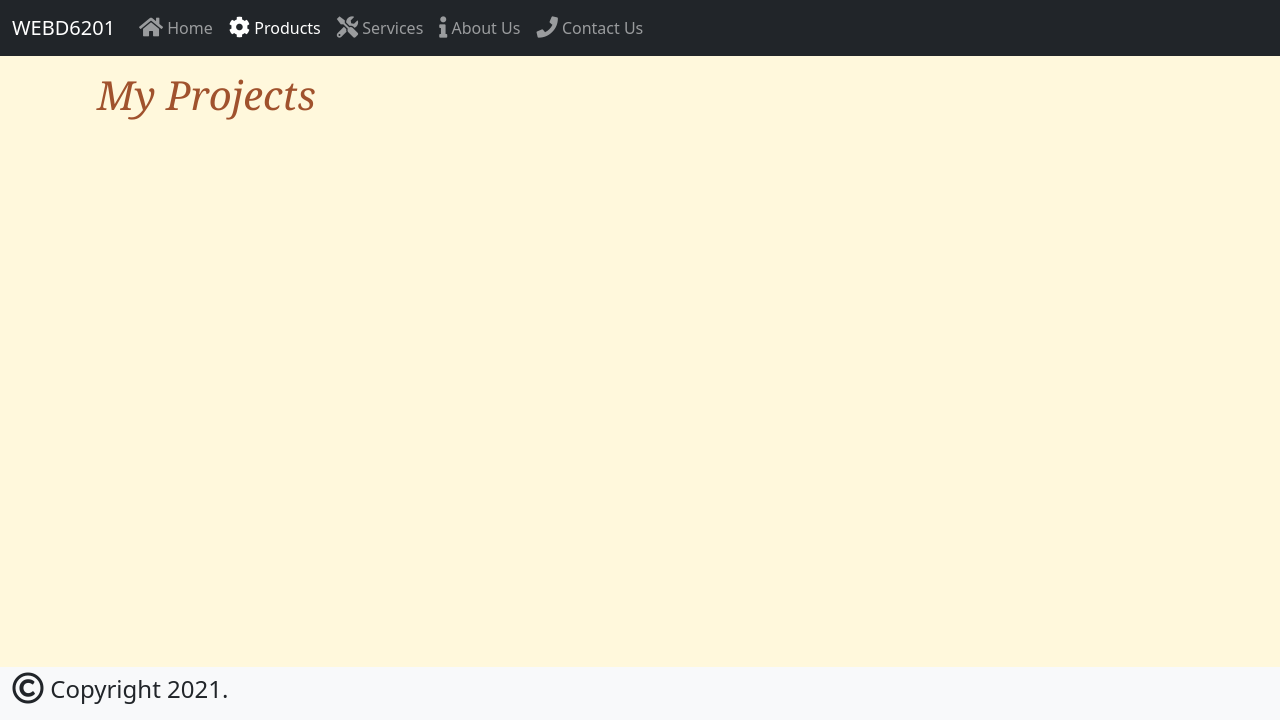
Repository: YiuWingLau/WEBD6201-W2021-Lab1
Page: projects.html
The author's editor kept a copy of each file at every save. The page is drawn from the files as they stood at one save, then again after the next save.
The browser window is 1280 px wide. The pictures show the whole page.

Above is the page before, as saved 2021-02-04 19:04:32.
Console error: SyntaxError: Identifier 'mainContent' has already been declared

### projects.html
<!DOCTYPE html>
<html lang="en">
<head>
    <meta charset="UTF-8">
    <meta name="viewport" content="width=device-width, initial-scale=1.0">
    <title>Projects</title>

    <!--CSS Section -->
    <link rel="stylesheet" href="./node_modules/bootstrap/dist/css/bootstrap.min.css">
    <link rel="stylesheet" href="./node_modules/@fortawesome//fontawesome-free/css/all.min.css">
    <link rel="stylesheet" href="./Content/app.css">
</head>
<body>
    <!-- Main Header-->
    <header>
      <!-- Main Navigation-->
      <nav class="navbar navbar-expand-lg navbar-dark bg-dark">
          <div class="container-fluid">
            <a class="navbar-brand" href="index.html">WEBD6201</a>
            <button class="navbar-toggler" type="button" data-bs-toggle="collapse" data-bs-target="#navbarSupportedContent" aria-controls="navbarSupportedContent" aria-expanded="false" aria-label="Toggle navigation">
              <span class="navbar-toggler-icon"></span>
            </button>
            <div class="collapse navbar-collapse" id="navbarSupportedContent">
              <ul class="navbar-nav me-auto mb-2 mb-lg-0">

                <li id="navBarIndex" class="nav-item">
                  <a class="nav-link" aria-current="page" href="index.html"><i class="fas fa-home fa-lg"></i> Home</a>
                </li>

                <li id="navBarProjects" class="nav-item">
                  <a class="nav-link active" aria-current="page" href="products.html"><i class="fas fa-cog fa-lg"></i> Products</a>
                </li>

                <li id="navBarServices" class="nav-item">
                  <a class="nav-link" aria-current="page" href="services.html"><i class="fas fa-tools fa-lg"></i> Services</a>
                </li>

                <li id="navBarAboutUs" class="nav-item">
                  <a class="nav-link" aria-current="page" href="about.html"><i class="fas fa-info fa-lg"></i> About Us</a>
                </li>

                <li id="navBarContactUs" class="nav-item">
                  <a class="nav-link" aria-current="page" href="contact.html"><i class="fas fa-phone fa-lg"></i> Contact Us</a>
                </li>

              </ul>
            </div>
          </div>
      </nav>
    </header>
    <!-- Main Content -->
    <main class="container">
        <h1>My Projects</h1>
    </main>

    <!-- Main Footer -->
    <footer>
        <nav class="navbar fixed-bottom navbar-light bg-light">
            <div class="container-fluid">
              <h4><i class="far fa-copyright fa-lg"></i> Copyright 2021.</a></h4>
            </div>
        </nav>
    </footer>
    <!-- JavaScript Section -->
    <script src="./node_modules/jquery/dist/jquery.min.js"></script>
    <script src="./node_modules/bootstrap/dist/js/bootstrap.bundle.min.js"></script>
    <script src="./Scripts/app.js"></script>
</body>
</html>

### Content/app.css
h1 {
    padding: 15px;
    color: sienna;
    font-family: Cambria, Cochin, Georgia, Times, 'Times New Roman', serif;
    font-style: italic;
}

p {
    padding: 15px;
    color: blue;
    font-family:Cambria, Cochin, Georgia, Times, 'Times New Roman', serif;
    font-style: italic;
    font-size: 25px;
    text-align: justify;
}

body {
    background-color: cornsilk;
}

#homePicture {
    width: 1000px;
    height: 600px;
}

### Scripts/app.js
/* custom JavaScript goes here */

//IIFE - Immediately Invoked Function Expression
//AKA - Anonymous Self-Executing Function
//Closure - limits scope leak

"use strict";

(function()
{
    function displayHome()
    {
      // create heading element
      let homeHeading = document.createElement("h1");
      // configure the element
      homeHeading.setAttribute("id", "homeHeading");
      homeHeading.textContent = "Welcome to WEBD6201";
      // select the parent element
      let mainContent = document.getElementsByTagName("main")[0];
      // Add / Insert the element
      mainContent.appendChild(homeHeading);

      // inject the background image to the home pageinject the background image to the home page
        let myhomebackground = document.createElement("img");
        myhomebackground.setAttribute("id", "homePicture");
        myhomebackground.setAttribute("src", "./images/homepagebackground.jpg");
        myhomebackground.setAttribute("alt", "Computer Programmer");
        mainContent.appendChild(myhomebackground);

        // inject the first paragraph to the home page
        let newParagraph = document.createElement("p");
        newParagraph.setAttribute("id", "paragraphTwo");
        newParagraph.textContent = "We provide the best programming service for you...";
        mainContent.appendChild(newParagraph);
    }

    function displayAbout()
    {
        //create new element Human Resources
        let myPicture = document.createElement("img");
        myPicture.setAttribute("id", "myImage");
        myPicture.setAttribute("src", "./images/img_me.jpg");
        myPicture.setAttribute("alt", "Nelson Lau");
        myPicture.setAttribute("width", "192");
        myPicture.setAttribute("height", "108");

        // Step 1. document.createElement
        let ParagraphOne = document.createElement("p");
        // Step 2. configure the element
        ParagraphOne.setAttribute("id", "myIntroduction");
        ParagraphOne.textContent = "Here are my favourite projects.";
        // Step 3. select the parent element
        let mainContent = document.getElementsByTagName("main")[0];
        mainContent.appendChild(myPicture);
        // Step 4. Add / Insert the element
        mainContent.appendChild(ParagraphOne);
        ParagraphOne.className = "fs-lg";

    }

    function displayProjects()
    {
      // create heading element
      let projectHeading = document.createElement("h1");
      // configure the element
      projectHeading.setAttribute("id", "projectHeading");
      projectHeading.textContent = "My favourite project";
      // select the parent element
      let mainContent = document.getElementsByTagName("main")[0];
      // Add / Insert the element
      mainContent.appendChild(projectHeading);


        // Step 1. document.createElement
        let newParagraph = document.createElement("p");
        // Step 2. configure the element
        newParagraph.setAttribute("id", "myprojects");
        newParagraph.textContent = "Here are my famourite projects.";
        // Step 3. select the parent element
        let mainContent = document.getElementsByTagName("main")[0];
        // Step 4. Add / Insert the element
        mainContent.appendChild(newParagraph);
        newParagraph.className = "fs-12";
    }

    function displayHumanResources()
    {

    }

    function displayServices()
    {

        // another way of injecting content
        let paragraphDiv = document.createElement("div");
        let paragraphThree = `<p id="paragraphThree" class="fs-7 fw-bold">And this is the Third Paragraph</p>`;
        paragraphDiv.innerHTML = paragraphThree;

        // insertions

        // example of inserting before a node
        // newParagraph.before(paragraphDiv);

        // example of inserting after a node
        newParagraph.after(paragraphDiv);

        // deletions

        // example of removing a single element
        //paragraphOneElement.remove();

        // example of removeChild
       // mainContent.removeChild(paragraphOneElement);
        // update / modification
        //mainContent.firstElementChild.textContent = "Welcome Home!";
    }

    function displayContact()
    {
        let messageArea = document.getElementById("messageArea");
        messageArea.hidden = true;

        // form validation
        let fullName = document.getElementById("fullName");
        fullName.addEventListener("blur", function() {
            if(fullName.value.length < 2)
            {
                fullName.focus();
                fullName.select();
                messageArea.hidden = false;
                messageArea.className = "alert alert-danger";
                messageArea.textContent = "Please enter an appropriate Name";
            }
            else
            {
                messageArea.removeAttribute("class");
                messageArea.hidden = true;
            }
        });

        let sendButton = document.getElementById("sendButton");
        sendButton.addEventListener("click", function(event){
            //event.preventDefault();

            let contact = new Contact(fullName.value, contactNumber.value, emailAddress.value);

            if(contact.serialize())
            {
              localStorage.setItem((localStorage.length + 1).toString(), contact.serialize());
            }

        });
    }

    function displayContactList()
    {
      if (localStorage.length > 0)
      {
        let contactList = document.getElementById("contactList");

        let data = "";

        for (let index = 0; index < localStorage.length; index++)
        {
          let contactData = localStorage.getItem((index + 1).toString());

          let contact = new Contact();
          contact.deserialize(contactData);

          data += `<tr>
          <th scope="row">${index + 1}</th>
          <td>${contact.FullName}</td>
          <td>${contact.ContactNumber}</td>
          <td>${contact.EmailAddress}</td>
        </tr>`;
        }

        contactList.innerHTML = data;
      }
    }

    // function to correct the wrong link and text content in navigation bar
    function changeNavBarName()
    {
        let navName = document.getElementById("navBarProjects");
        navName.innerHTML = `<a class='nav-link' aria-current='page' href='projects.html'><i class="fas fa-cog fa-lg"></i> Projects</a>`;
    }

    // function to add Human Resource element to Nav Bar between About Us and Contact Us
    function addNewNavBarElement()
    {
        //create new element Human Resources
        let newListElement = document.createElement("li");
        newListElement.setAttribute("id", "navBarHumanResources");
        newListElement.setAttribute("class", "nav-item");
        newListElement.innerHTML = `<a class='nav-link' aria-current='page' href='Human-Resources.html'><i class="fas fa-globe fa-lg"></i> Human Resources</a>`;
        // append new element after About Us
        let aboutUsListElement = document.getElementById("navBarAboutUs");
        aboutUsListElement.after(newListElement);
    }

    function Start()
    {
        console.log("App Started...");

        changeNavBarName();

        addNewNavBarElement();

        switch (document.title)
        {
          case "Home":
              displayHome();
            break;
          case "About":
              displayAbout();
            break;
          case "Projects":
              displayProjects();
            break;
          case "Human Resources":
              displayHumanResources();
            break;
          case "Services":
              displayServices();
            break;
          case "Contact":
              displayContact();
            break;
          case "Contact-List":
            displayContactList();
          break;
        }

    }

    window.addEventListener("load", Start);

})();

Loaded but not shown: node_modules/bootstrap/dist/css/bootstrap.min.css (library); node_modules/@fortawesome/fontawesome-free/css/all.min.css (library); node_modules/jquery/dist/jquery.min.js (library); node_modules/bootstrap/dist/js/bootstrap.bundle.min.js (library)

After the next save:
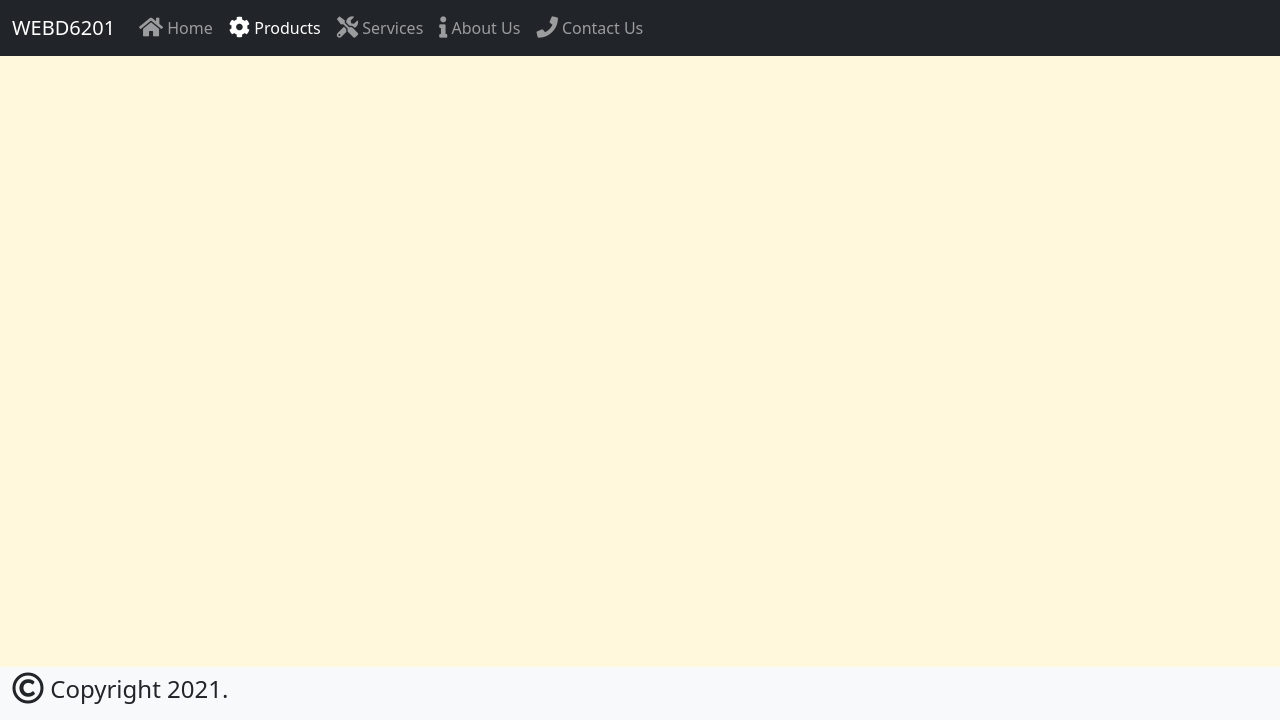
Saved 20 s later.
--- a/projects.html
+++ b/projects.html
@@ -50,7 +50,6 @@
     </header>
     <!-- Main Content -->
     <main class="container">
-        <h1>My Projects</h1>
     </main>
 
     <!-- Main Footer -->
